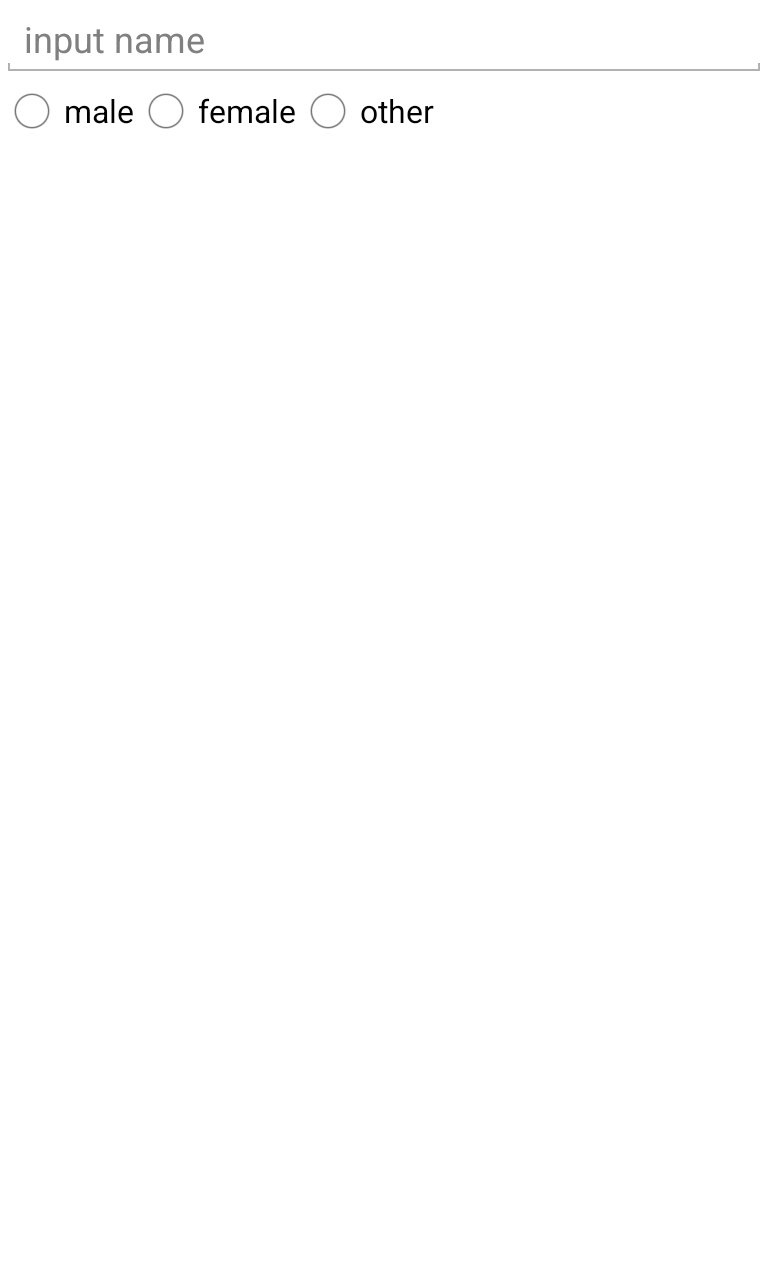
Repository: whoami-I/android
Layout: Activity/ActivityProject/res/layout/activity_main.xml
An editor plug-in stored every save of this project. The layout is shown before and after the next save, followed by the edit.
It is drawn on a 768 x 1280 px phone screen (xhdpi) without system bars, with theme AppTheme; the app's code is not run.

Above is the layout before, as saved 2018-11-02 01:36:51.

After the next save:
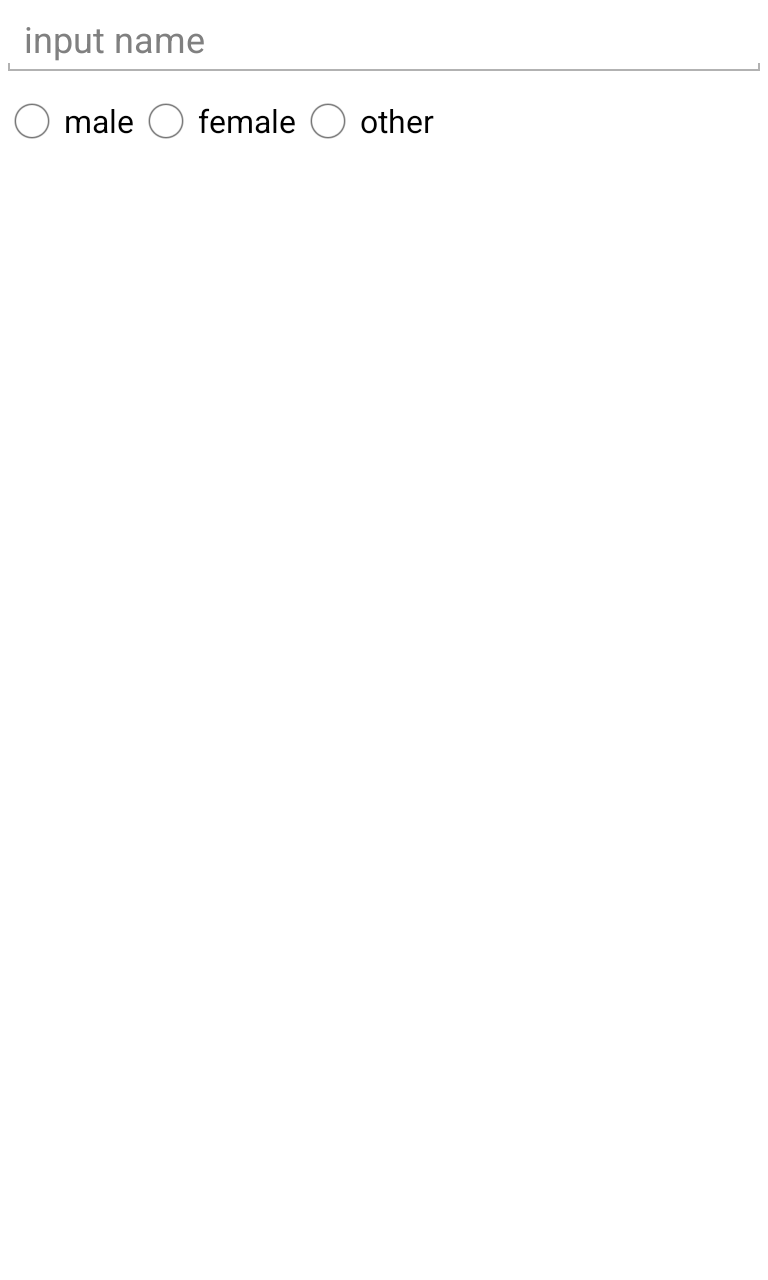
Saved 18 s later.
--- a/Activity/ActivityProject/res/layout/activity_main.xml
+++ b/Activity/ActivityProject/res/layout/activity_main.xml
@@ -14,6 +14,7 @@
         android:id="@+id/rg_gender"
         android:layout_width="match_parent"
         android:layout_height="wrap_content"
+        android:layout_marginTop="5dp"
         android:orientation="horizontal" >
 
         <RadioButton
